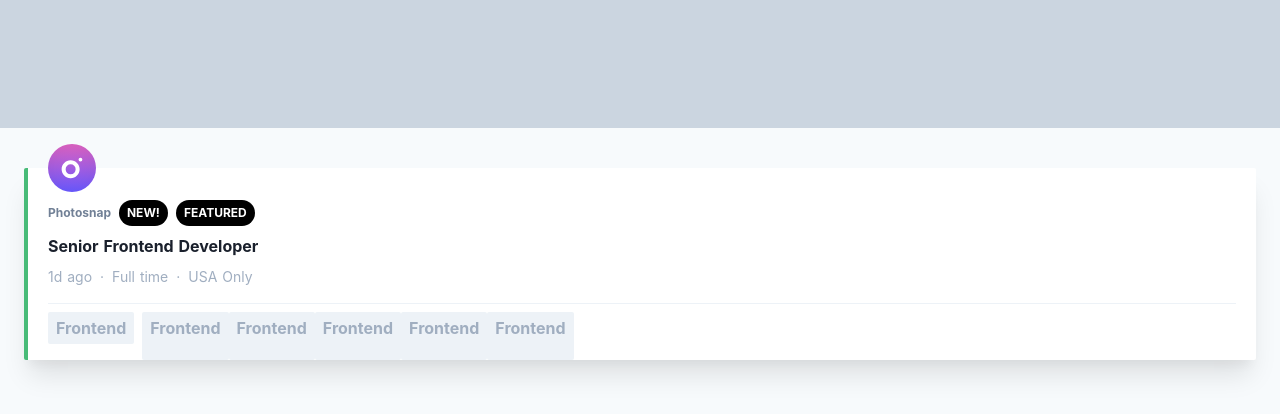
Repository: asongdon/frontendmentor-joblisting
Page: /
An editor plug-in stored every save of this project. The page is shown before and after the next save, followed by the edit.
The browser window is 1280 px wide. The pictures show the whole page.
The project was rebuilt for these pictures with package versions that can differ from the ones it lists, and the page was loaded fresh each time. The framework's server and built-in components were replaced by stand-ins that run in the browser. Also part of the build but not shown: nuxt.config.js.

Above is the page before, as saved 2020-04-12 21:00:39.

### layouts/default.vue
<template>
  <div class="h-screen">
    <Header/>
    <nuxt />
  </div>
</template>

<script>
import Header from '@/components/Header.vue'

export default {
  components: {
    Header
  },
}
</script>

<style>
html {
  font-family: 'Inter', -apple-system, BlinkMacSystemFont, 'Segoe UI',
    Roboto, 'Helvetica Neue', Arial, sans-serif;
  font-size: 16px;
  word-spacing: 1px;
  -ms-text-size-adjust: 100%;
  -webkit-text-size-adjust: 100%;
  -moz-osx-font-smoothing: grayscale;
  -webkit-font-smoothing: antialiased;
  box-sizing: border-box;
  @apply bg-gray-100;
}

*,
*:before,
*:after {
  box-sizing: border-box;
  margin: 0;
}

.button--green {
  display: inline-block;
  border-radius: 4px;
  border: 1px solid #3b8070;
  color: #3b8070;
  text-decoration: none;
  padding: 10px 30px;
}

.button--green:hover {
  color: #fff;
  background-color: #3b8070;
}

.button--grey {
  display: inline-block;
  border-radius: 4px;
  border: 1px solid #35495e;
  color: #35495e;
  text-decoration: none;
  padding: 10px 30px;
  margin-left: 15px;
}

.button--grey:hover {
  color: #fff;
  background-color: #35495e;
}
</style>

### pages/index.vue
<template>
  <div class="container py-10 px-6">
    <Maincard/>
  </div>
</template>

<script>
import Maincard from '@/components/Maincard'
export default {
  components: {
    Maincard
  }
}
</script>

<style>
/* Sample `apply` at-rules with Tailwind CSS
.container {
  @apply min-h-screen flex justify-center items-center text-center mx-auto;
}
*/

</style>

### components/Header.vue
<template>
  <div class="w-full h-32 bg-gray-400"></div>
</template>

<script>
export default {}
</script>

<style></style>

### components/Maincard.vue
<template>
    <div class="flex flex-col flex-no-wrap rounded-sm px-5 border-l-4 border-green-500 bg-white shadow-xl">

    <div class="-mt-6 mb-2">
      <img class="w-12" src="~/assets/logos/faceit.svg" alt="" />
    </div>

    <div class="flex items-center">
      <div class="text-xs font-bold text-gray-600">Photosnap</div>
      <div class="flex text-xs font-bold">
        <div class="bg-black text-white rounded-full px-2 py-1 uppercase ml-2">
          New!
        </div>
        <div class="bg-black text-white rounded-full px-2 py-1 uppercase ml-2">
          Featured
        </div>
      </div>
    </div>

    <div class="mt-2 font-bold text-gray-900">
      Senior Frontend Developer
    </div>

    <div class="flex text-sm mt-2 text-gray-500 border-b border-gray-200 pb-4">
      <div class="mr-2">1d ago</div>
      <div class="mr-2">·</div>
      <div class="mr-2">Full time</div>
      <div class="mr-2">·</div>
      <div>USA Only</div>
    </div>

    <div class="mt-2 flex flex-wrap justify-start">
      <div class="px-2 py-1 bg-gray-200 text-gray-500 rounded-sm font-bold mr-2 mb-4">Frontend</div>
      <div class="px-2 py-1 bg-gray-200 text-gray-500 rounded-sm font-bold">Frontend</div>
      <div class="px-2 py-1 bg-gray-200 text-gray-500 rounded-sm font-bold">Frontend</div>
      <div class="px-2 py-1 bg-gray-200 text-gray-500 rounded-sm font-bold">Frontend</div>
      <div class="px-2 py-1 bg-gray-200 text-gray-500 rounded-sm font-bold">Frontend</div>
      <div class="px-2 py-1 bg-gray-200 text-gray-500 rounded-sm font-bold">Frontend</div>
    </div>

  </div>
</template>

<script>
export default {}
</script>

<style></style>

Loaded but not shown: assets/css/tailwind.css (common file); tailwind.config.js (common file); store/filter.js (no copy from this time; the picture is the same without it); store/index.js (no copy from this time; the picture is the same without it)

After the next save:
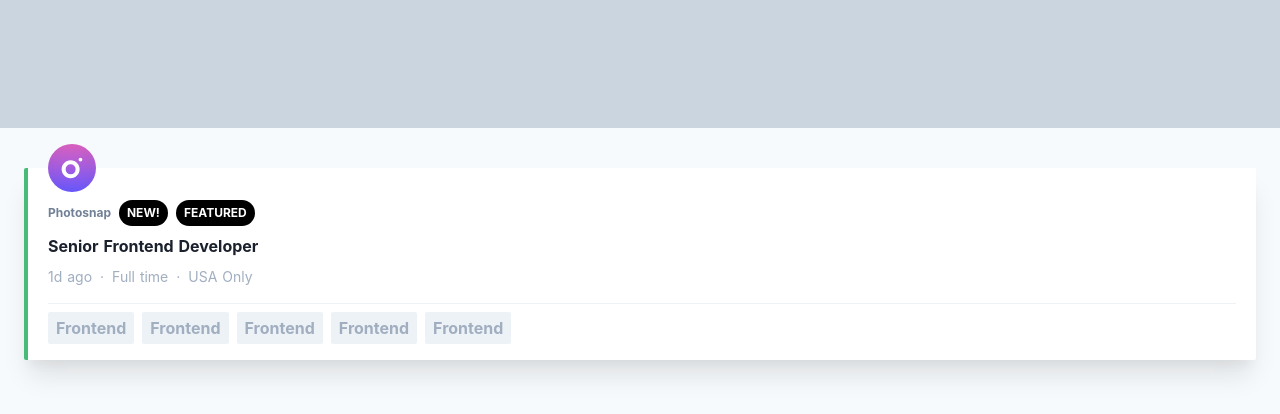
Saved 8 s later.
--- a/components/Maincard.vue
+++ b/components/Maincard.vue
@@ -31,11 +31,11 @@
 
     <div class="mt-2 flex flex-wrap justify-start">
       <div class="px-2 py-1 bg-gray-200 text-gray-500 rounded-sm font-bold mr-2 mb-4">Frontend</div>
-      <div class="px-2 py-1 bg-gray-200 text-gray-500 rounded-sm font-bold">Frontend</div>
-      <div class="px-2 py-1 bg-gray-200 text-gray-500 rounded-sm font-bold">Frontend</div>
-      <div class="px-2 py-1 bg-gray-200 text-gray-500 rounded-sm font-bold">Frontend</div>
-      <div class="px-2 py-1 bg-gray-200 text-gray-500 rounded-sm font-bold">Frontend</div>
-      <div class="px-2 py-1 bg-gray-200 text-gray-500 rounded-sm font-bold">Frontend</div>
+      <div class="px-2 py-1 bg-gray-200 text-gray-500 rounded-sm font-bold mr-2 mb-4">Frontend</div>
+      <div class="px-2 py-1 bg-gray-200 text-gray-500 rounded-sm font-bold mr-2 mb-4">Frontend</div>
+      <div class="px-2 py-1 bg-gray-200 text-gray-500 rounded-sm font-bold mr-2 mb-4">Frontend</div>
+      <div class="px-2 py-1 bg-gray-200 text-gray-500 rounded-sm font-bold mr-2 mb-4">Frontend</div>
+
     </div>
 
   </div>
